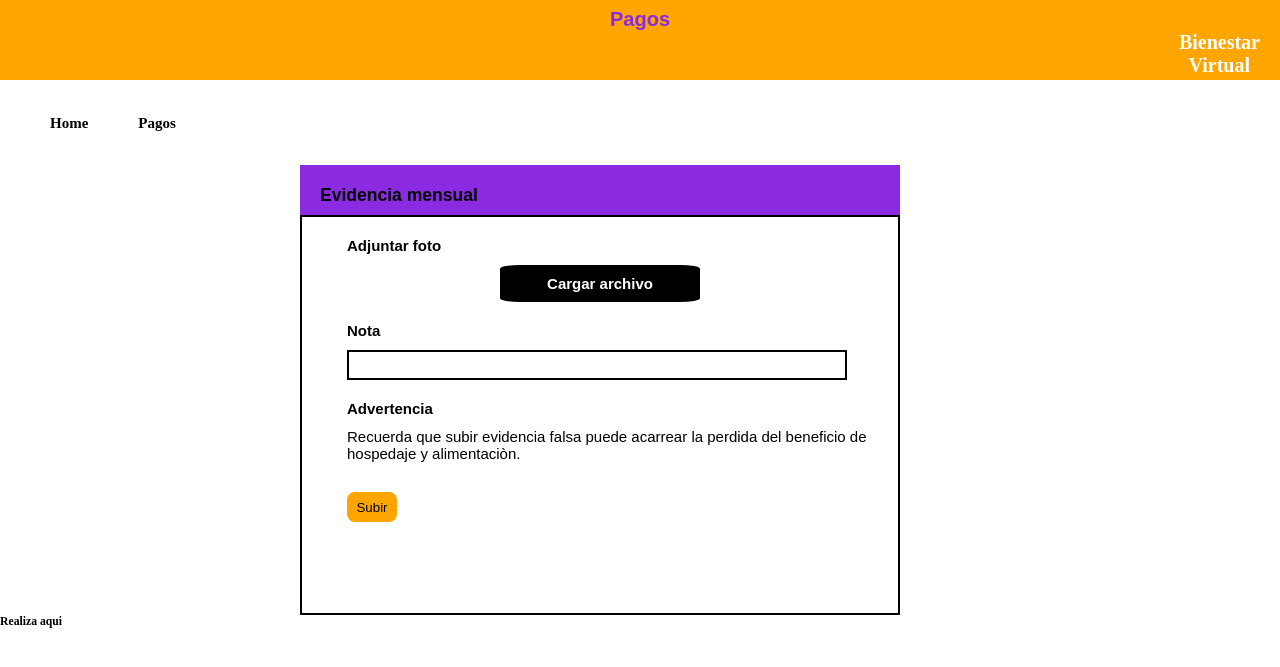
Repository: Diani123/Mis-actividades
Page: softwarebienestarinstitucional/pagos.html
An editor plug-in stored every save of this project. The page is shown before and after the next save, followed by the edit.
The browser window is 1280 px wide. The pictures show the whole page.

Above is the page before, as saved 2023-02-12 20:13:39.

### softwarebienestarinstitucional/pagos.html
<!DOCTYPE html>
<html lang="en">
  <head>
    <meta charset="UTF-8" />
    <meta http-equiv="X-UA-Compatible" content="IE=edge" />
    <meta name="viewport" content="width=device-width, initial-scale=1.0" />
    <link rel="stylesheet" href="./pagos.css" />
    <title>Document</title>
  </head>
  <body>
    <header>
      <div class="Encabezado">
        <h2 class="title1">Pagos</h2>
        <h2 class="title2">Bienestar</h2>
        <h2 class="title3">Virtual</h2>
      </div>
    </header>
    <div class="Items">
      <a href="./home.html" class="item"><h2 class="item-title">Home</h2></a>
      <a href="./pagos.html" class="item"><h2 class="item-title">Pagos</h2></a>
    </div>
    <div class="ContainerT">
      <div class="ContainerTitle">
        <h3 class="title4">Evidencia mensual</h3>
      </div>
      <div class="Container-dowload">
        <form
          action="../../form-result.php"
          method="post"
          enctype="multipart/form-data"
          target="_blank"
        >
          <p class="textt">Adjuntar foto</p>
          <br />

          <div class="custom-input-file col-md-6 col-sm-6 col-xs-6">
            <input
              type="file"
              id="fichero-tarifas"
              class="input-file"
              value=""
            />
            Cargar archivo
          </div>

          <p class="textt">Nota</p>
          <br />
          <section class="Section-nota">
            <input class="input3" type="text" name="" id="" />
          </section>
          <p class="textt">Advertencia</p>
          <br />
          <h2 class="advertencia">
            Recuerda que subir evidencia falsa puede acarrear la perdida del
            beneficio de hospedaje y alimentaciòn.
          </h2>
          <button class="boton">Subir</button>
        </form>
      </div>
    </div>
    <div>
      <h3>Realiza aqui </h3>
    </div>
  </body>
</html>

### softwarebienestarinstitucional/pagos.css
* {
    margin: 0;
    padding: 0;
    box-sizing: border-box;
  }
  html {
    font-size: 62.5%;
  }
  html,
  body {
    min-height: 100%;
  }
  .Encabezado {
    display: flex;
    flex-direction: column;
    width: 100%;
    height: 80px;
    background-color: orange;
  }
  .Items {
    display: flex;
    flex-direction: row;
    text-align: left;
    height: 50px;
    margin-top: 15px;
    margin-bottom: 20px;
  }
  .title1 {
    padding-top: 8px;
    text-align: center;
    font-size: 2rem;
    font-family: Arial, Helvetica, sans-serif;
    color: blueviolet;
  }
  .title2 {
    text-align: end;
    margin-right: 20px;
    font-size: 2rem;
    color: white;
  }
  .title3 {
    text-align: end;
    margin-right: 30px;
    font-size: 2rem;
    color: white;
    padding-top: px;
  }
  .item-title {
    padding-top: 20px;
    padding-left: 50px;
    color: black;
  }
  .item{
    text-decoration: none;
  }
  .item:hover{
    border-bottom: solid 2px orange;

  }


  .ContainerTitle {
    margin-left: 300px;
    height: 50px;
    width: 600px;
    background-color: blueviolet;
    padding-left: 20px;
    padding-top: 20px;
    font-size: 1.5rem;
    font-family: Arial, Helvetica, sans-serif;
  }
  .Container-dowload{
    margin-left: 300px;
    width: 600px;
    height: 400px;
    border: solid 2px black;
  }
  .ContainerT{
    display: grid;
  }

  .textt{
    margin-top: 20px;
    margin-left: 45px;
    font-size: 1.5rem;
    font-weight: 700;
    font-family: Arial, Helvetica, sans-serif;
  }
  .section1{
    width: 500px;
    height: 80px;
    margin-left: 45px;
    border: solid 2px black;
    justify-content: center;
    align-items: center;
  }

  .input3{
    width: 500px;
    height: 30px;
    margin-left: 45px;
    border: solid 2px black;


  }
  .advertencia{
    margin-left: 45px;
    font-weight: 100;
    font-family: Arial, Helvetica, sans-serif;
  }
  .boton{
    margin-top: 30px;
    margin-left: 45px;
    width: 50px;
    height: 30px;
    background-color: orange;
    border-radius: 8px;
    border: none;
    cursor: pointer;

  }
  .boton:hover{
    box-shadow: 0 0 20px blueviolet;
  }
  .custom-input-file {
    background-color: black;
    color: #fff;
    cursor: pointer;
    font-size: 1.5rem;
    font-weight: bold;
    margin: 0 auto 0;
    min-height: 15px;
    overflow: hidden;
    padding: 10px;
    position: relative;
    text-align: center;
    width: 200px;
    border-radius: 10%;
    font-family: Arial, Helvetica, sans-serif;
  }

  .custom-input-file .input-file {
   border: 10000px solid transparent;
   cursor: pointer;
   font-size: 10000px;
   margin: 0;
   opacity: 0;
   outline: 0 none;
   padding: 0;
   position: absolute;
   right: -1000px;
   top: -1000px;
  }

After the next save:
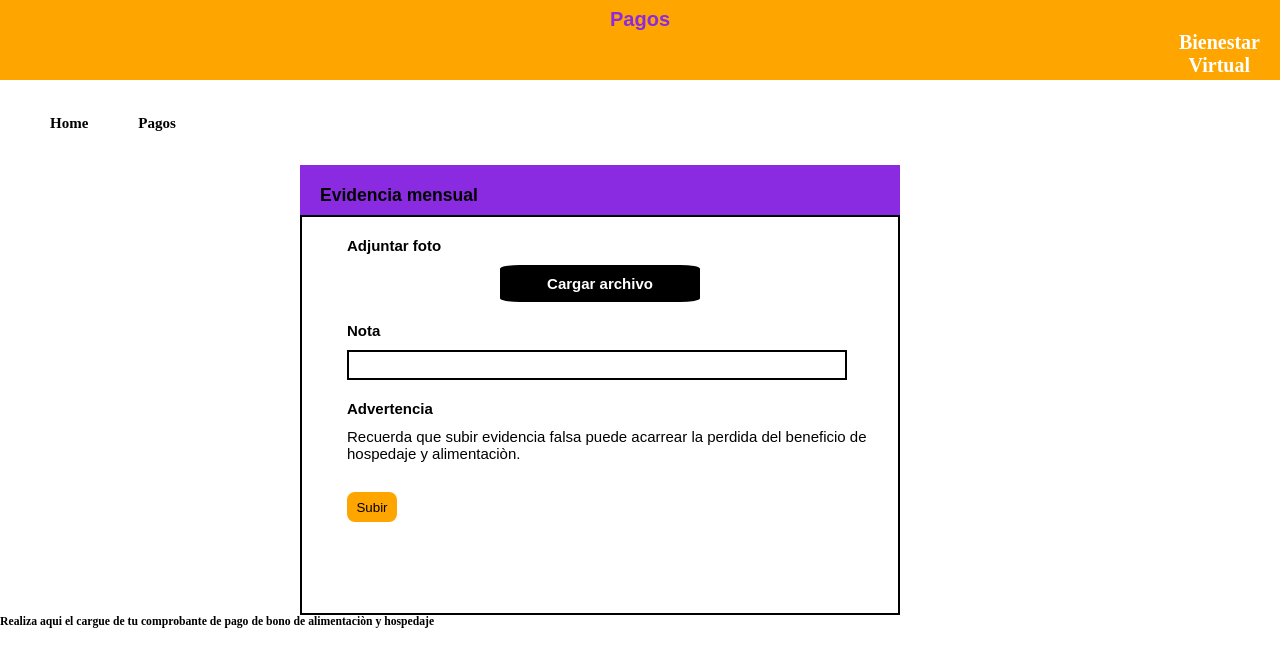
Saved 22 s later.
--- a/softwarebienestarinstitucional/pagos.html
+++ b/softwarebienestarinstitucional/pagos.html
@@ -59,7 +59,7 @@
       </div>
     </div>
     <div>
-      <h3>Realiza aqui </h3>
+      <h3>Realiza aqui el cargue de tu comprobante de pago de bono de alimentaciòn y hospedaje</h3>
     </div>
   </body>
 </html>
